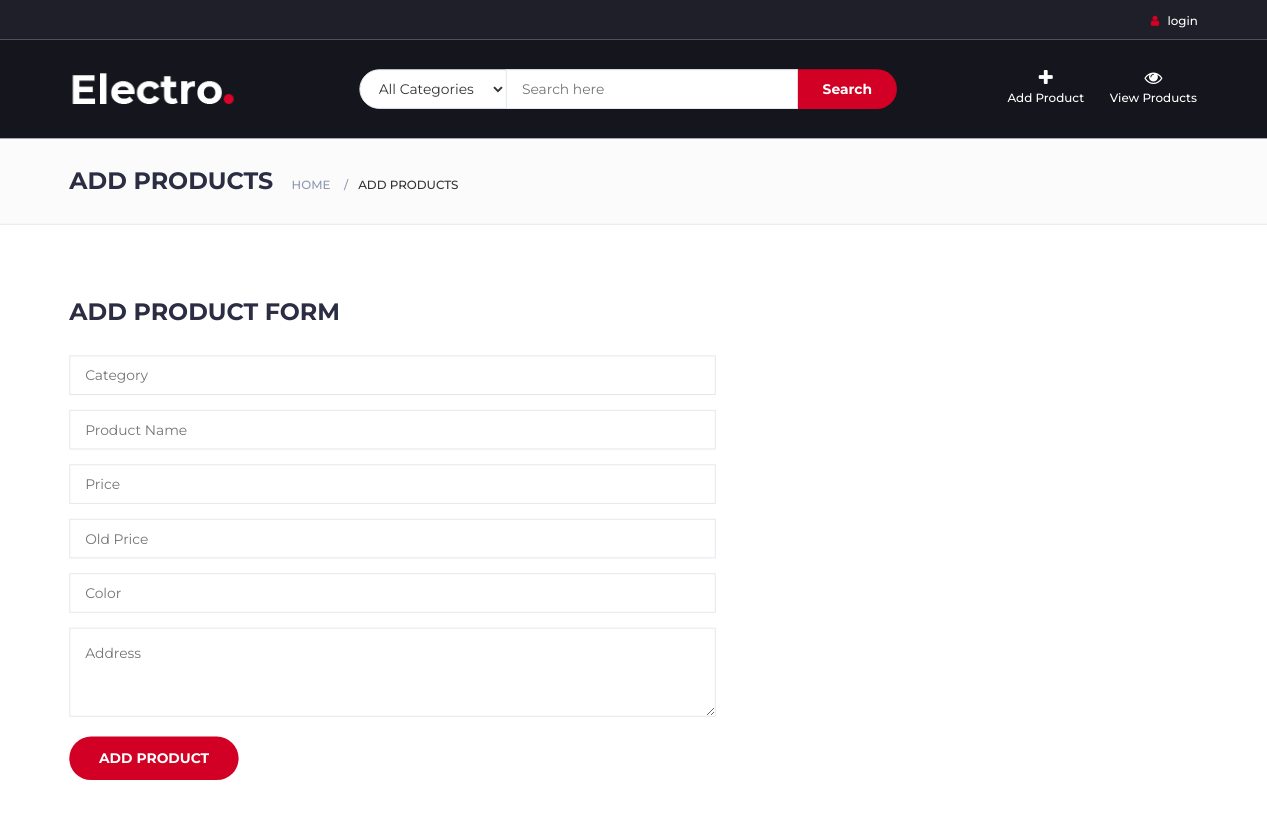
Repository: kinjalsavaliya263/JAVA
Page: http://localhost/electro-master/addproduct.jsp
The author's editor kept a copy of each file at every save. The page is drawn from the files as they stood at one save, then again after the next save.
The browser window is 1280 px wide. The pictures show the whole page, at 99% of full size.
The page is served by Tomcat 9. Other server files are loaded and not shown. The template is opened directly, without the code that normally fills it, so the values that code supplies are empty.

Above is the page before, as saved 2023-04-04 13:42:23.

### electro-master/src/main/webapp/addproduct.jsp
<%@ page language="java" contentType="text/html; charset=UTF-8"
	pageEncoding="UTF-8"%>
	<%@ include file="sellerheader.jsp" %>
<!DOCTYPE html>
<html>
<head>
<meta charset="UTF-8">
<title>Electro -Ecommerce</title>

</head>
<body>
	<!-- BREADCRUMB -->
	<div id="breadcrumb" class="section">
		<!-- container -->
		<div class="container">
			<!-- row -->
			<div class="row">
				<div class="col-md-12">
					<h3 class="breadcrumb-header">Add Products</h3>
					<ul class="breadcrumb-tree">
						<li><a href="#">Home</a></li>
						<li class="active">Add Products</li>
					</ul>
				</div>
			</div>
			<!-- /row -->
		</div>
		<!-- /container -->
	</div>
	<!-- /BREADCRUMB -->

<!-- SECTION -->
	<div class="section">
		<!-- container -->
		<div class="container">
			<!-- row -->
			<div class="row">

				<div class="col-md-7">
					<!-- Add Product -->
					<form action="reg" method="post">
						<div class="billing-details">
							<span class="text-danger">${msg}</span> <span
								class="text-success">${msg1}</span>
							<div class="section-title">
								<h3 class="title">Add Product Form</h3>
							</div>


							<div class="form-group">
								<input class="input" type="text" name="category"
									placeholder="Category" id="category">
							</div>
							<div class="form-group">
								<input class="input" type="text" name="pname"
									placeholder="Product Name" id="pname">
							</div>
							<div class="form-group">
								<input class="input" type="number" name="price"
									placeholder="Price" id="price">
							</div>
							<div class="form-group">
								<input class="input" type="number" name="oldprice"
									placeholder="Old Price" id="oldprice">
							</div>
							<div class="form-group">
								<input class="input" type="text" name="color"
									placeholder="Color" id="color">
							</div>

							<div class="form-group">
							<textarea cols="3" class="input"  name="address"
									placeholder="Address"></textarea>
							</div>

							<div class="form-group">
								<button type="submit" class="primary-btn order-submit">Add Product</button>
							</div>

						</div>
					</form>
					<!-- /Add Product -->



				</div>


			</div>
			<!-- /row -->
		</div>
		<!-- /container -->
	</div>
	<!-- /SECTION -->



</body>
</html>

### electro-master/src/main/webapp/sellerheader.jsp

<%@page import="model.User"%>
<%@ page language="java" contentType="text/html; charset=UTF-8"
	pageEncoding="UTF-8"%>
<!DOCTYPE html>
<html>
<head>
<meta charset="UTF-8">
<title>Electro -Ecommerce</title>
<link
	href="https://fonts.googleapis.com/css?family=Montserrat:400,500,700"
	rel="stylesheet">

<!-- Bootstrap -->
<link type="text/css" rel="stylesheet" href="css/bootstrap.min.css" />

<!-- Slick -->
<link type="text/css" rel="stylesheet" href="css/slick.css" />
<link type="text/css" rel="stylesheet" href="css/slick-theme.css" />

<!-- nouislider -->
<link type="text/css" rel="stylesheet" href="css/nouislider.min.css" />

<!-- Font Awesome Icon -->
<link rel="stylesheet" href="css/font-awesome.min.css">

<!-- Custom stlylesheet -->
<link type="text/css" rel="stylesheet" href="css/style.css" />

<!-- HTML5 shim and Respond.js for IE8 support of HTML5 elements and media queries -->
<!-- WARNING: Respond.js doesn't work if you view the page via file:// -->
<!--[if lt IE 9]>
		  <script src="https://oss.maxcdn.com/html5shiv/3.7.3/html5shiv.min.js"></script>
		  <script src="https://oss.maxcdn.com/respond/1.4.2/respond.min.js"></script>
		<![endif]-->
</head>
<body>
	<!-- HEADER -->
	<header>
		<!-- TOP HEADER -->
		<div id="top-header">
			<div class="container">

				<%
				/* String email = (String) session.getAttribute("email"); */
				User us = (User) request.getAttribute("use");
				%>



				<ul class="header-links pull-left">

				</ul>
				<ul class="header-links pull-right">




					<%
					if (us != null) {
					%>

					<li><a href="myprofile?email=<%=us.getEmail()%>"><i
							class="fa fa-user"></i>My Profile</a></li>
					<li><a href="changepass.jsp?email=<%=us.getEmail()%>"><i
							class="fa fa-key"></i>Change Password</a></li>
					<li style="color: white;"><b>Welcome <%=us.getFname()%> <%=us.getLname()%></b></li>
					<li><a href="logout.jsp"><i class="fa fa-user"></i>Logout</a></li>
					<%
					} else {
					%>

					<li><a href="login.jsp"><i class="fa fa-user"></i> login</a></li>
					<%
					}
					%>


				</ul>
			</div>
		</div>
		<!-- /TOP HEADER -->

		<!-- MAIN HEADER -->
		<div id="header">
			<!-- container -->
			<div class="container">
				<!-- row -->
				<div class="row">
					<!-- LOGO -->
					<div class="col-md-3">
						<div class="header-logo">
							<a href="#" class="logo"> <img src="./img/logo.png" alt="">
							</a>
						</div>
					</div>
					<!-- /LOGO -->

					<!-- SEARCH BAR -->
					<div class="col-md-6">
						<div class="header-search">
							<form>
								<select class="input-select">
									<option value="0">All Categories</option>
									<option value="1">Category 01</option>
									<option value="1">Category 02</option>
								</select> <input class="input" placeholder="Search here">
								<button class="search-btn">Search</button>
							</form>
						</div>
					</div>
					<!-- /SEARCH BAR -->

					<!-- ACCOUNT -->
					<div class="col-md-3 clearfix">
						<div class="header-ctn">
							<!-- Add Product -->
							<div>
								<a href="addproduct.jsp"> <i class="fa fa-plus"></i> <span>Add
										Product</span>
								</a>
							</div>
							<!-- /Add Product -->

							<!-- View Product -->
							<div >
								<a href="viewproduct.jsp"> <i class="fa fa-eye"></i> <span>View
										Products</span>
								</a>

							</div>
							<!-- /View Product -->


						</div>
					</div>
					<!-- /ACCOUNT -->
				</div>
				<!-- row -->
			</div>
			<!-- container -->
		</div>
		<!-- /MAIN HEADER -->
	</header>
	<!-- /HEADER -->


</body>
</html>

Loaded but not shown: electro-master/src/main/webapp/css/bootstrap.min.css (library); electro-master/src/main/webapp/css/slick.css (common file); electro-master/src/main/webapp/css/slick-theme.css (library); electro-master/src/main/webapp/css/nouislider.min.css (library); electro-master/src/main/webapp/css/font-awesome.min.css (library); electro-master/src/main/webapp/css/style.css (2191 lines, source omitted)

After the next save:
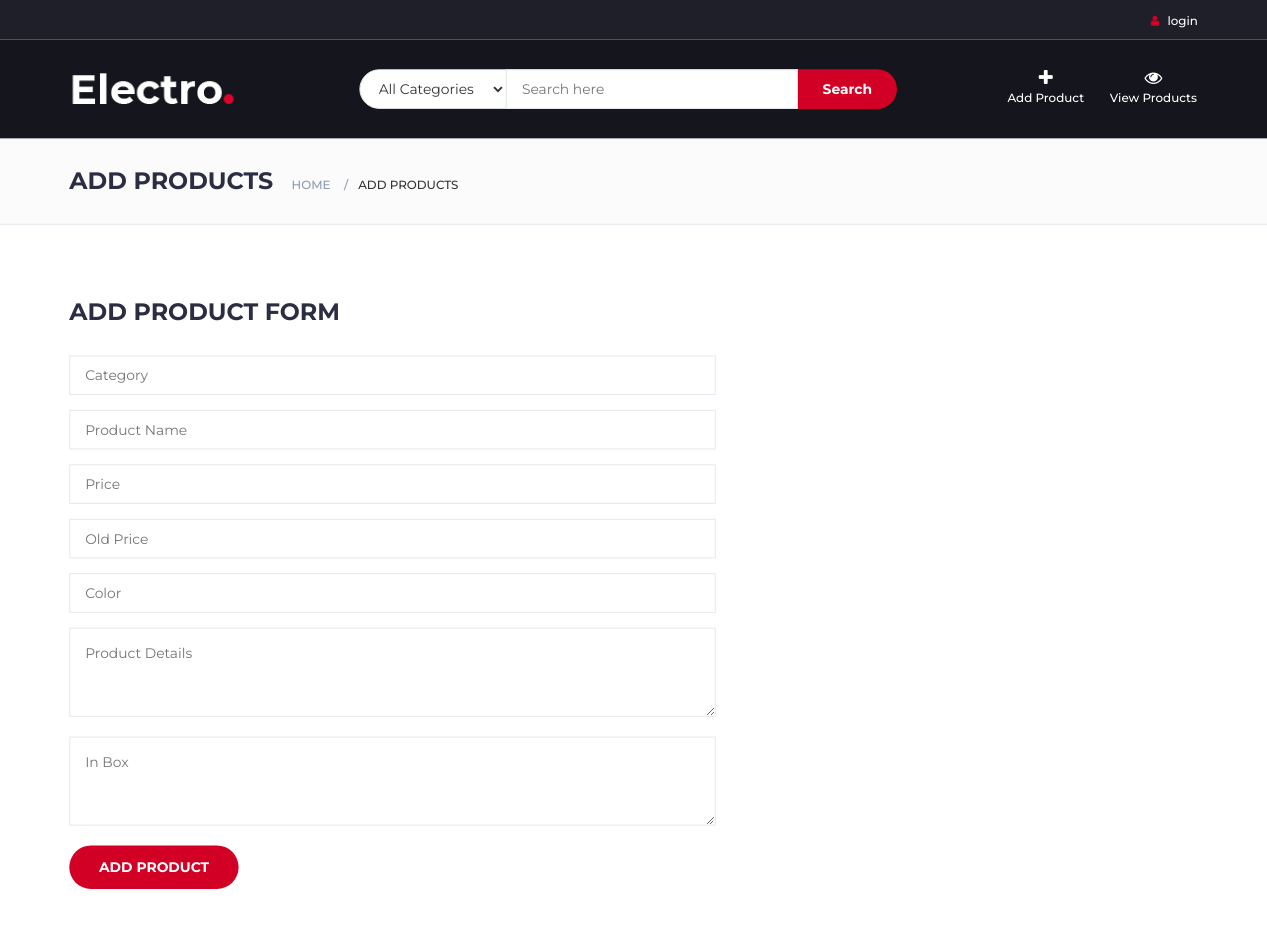
Saved 2 min 6 s later.
--- a/electro-master/src/main/webapp/addproduct.jsp
+++ b/electro-master/src/main/webapp/addproduct.jsp
@@ -69,8 +69,12 @@
 							</div>
 
 							<div class="form-group">
-							<textarea cols="3" class="input"  name="address"
-									placeholder="Address"></textarea>
+							<textarea cols="3" class="input"  name="details"
+									placeholder="Product Details" id="details"></textarea>
+							</div>
+							<div class="form-group">
+							<textarea cols="3" class="input"  name="inbox"
+									placeholder="In Box" id="inbox"></textarea>
 							</div>
 
 							<div class="form-group">
